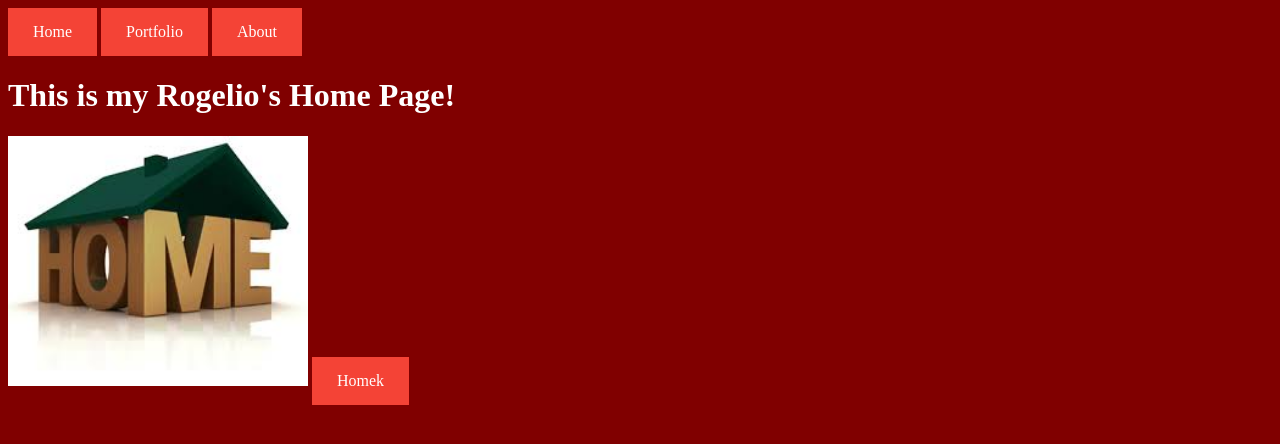
Repository: ralcocer1890/ralcocer1890.github.io
Page: my_website/index.html
The author's editor kept a record of every edit. The page is drawn from the files as they stood at one moment, then again after the next edit.
The browser window is 1280 px wide. The pictures show the whole page.

Above is the page before.

### my_website/index.html
<!doctype html>
<html lang="en">
  <head>

    <meta charset="utf-8">
    <title>Home</title>
  </head>
  <body>
    <a href="index.html">Home</a>
    <a href="portfolio.html">Portfolio</a>
    <a href="about.html">About</a>
    <h1>This is my Rogelio's Home Page!</h1>
    <img src="images/home.jpg" height="250">

    <style>
h1 {color:white;}
</style>

<body style="background-color:Maroon;">

  <style>
a:link, a:visited {
  background-color: #f44336;
  color: white;
  padding: 15px 25px;
  text-align: center;
  text-decoration: none;
  display: inline-block;
}

a:hover, a:active {
  background-color: red;
}
</style>
</head>
<body>

<a href="index.html" target="_blank">Homek</a>

  </body>
</html>

After the next edit:
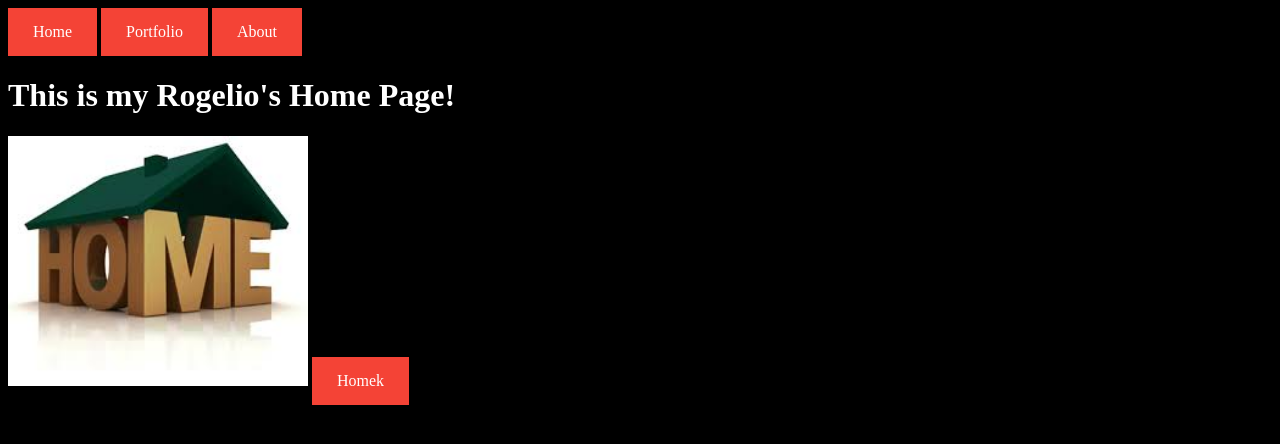
The edit:
--- a/my_website/index.html
+++ b/my_website/index.html
@@ -16,7 +16,7 @@
 h1 {color:white;}
 </style>
 
-<body style="background-color:Maroon;">
+<body style="background-color:black;">
 
   <style>
 a:link, a:visited {
